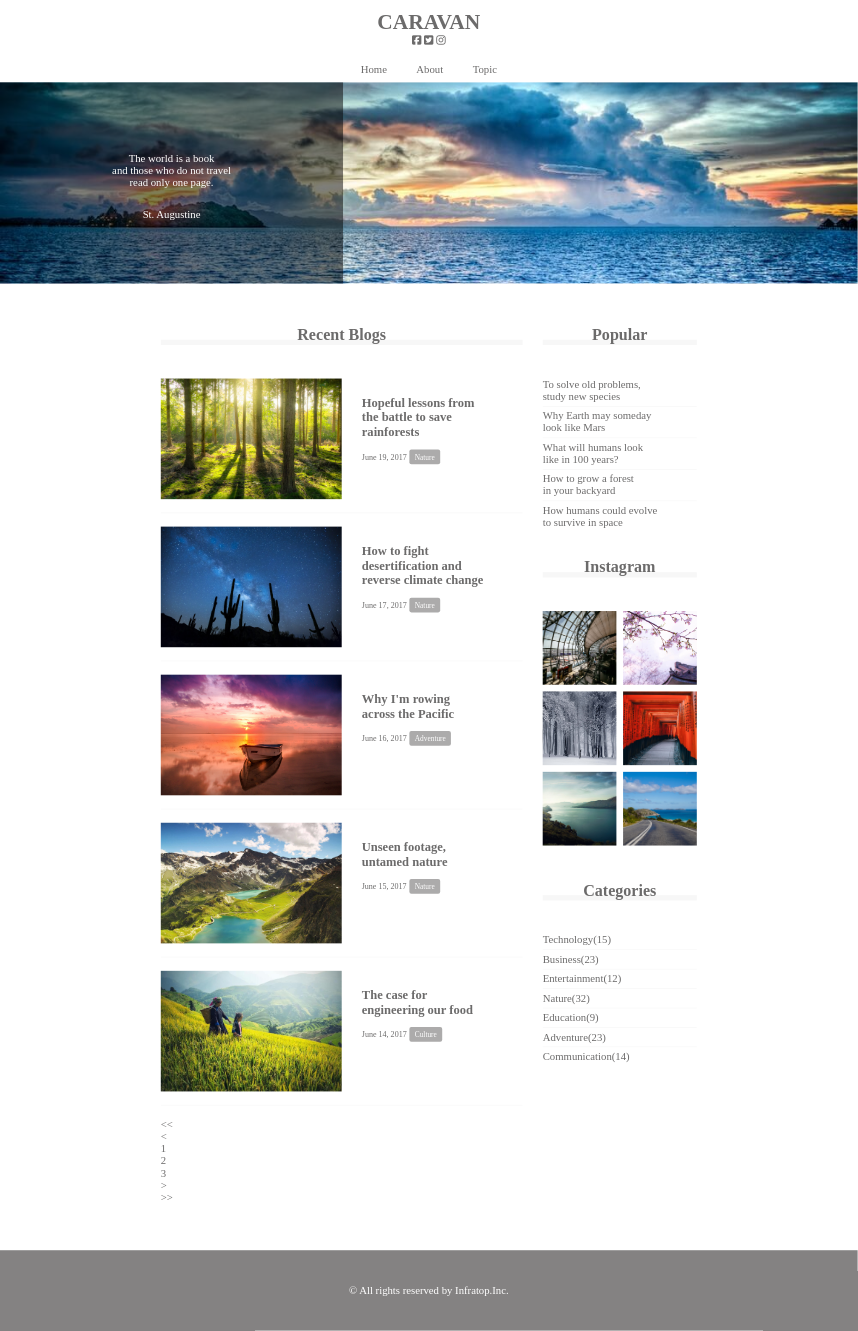
Repository: hayase-m/Webcamp
Page: caravan/index.html
The author's editor kept a record of every edit. The page is drawn from the files as they stood at one moment, then again after the next edit.
The browser window is 1280 px wide. The pictures show the whole page, at 67% of full size.
Some web libraries are served in a nearby version.

Above is the page before.

After the next edit:
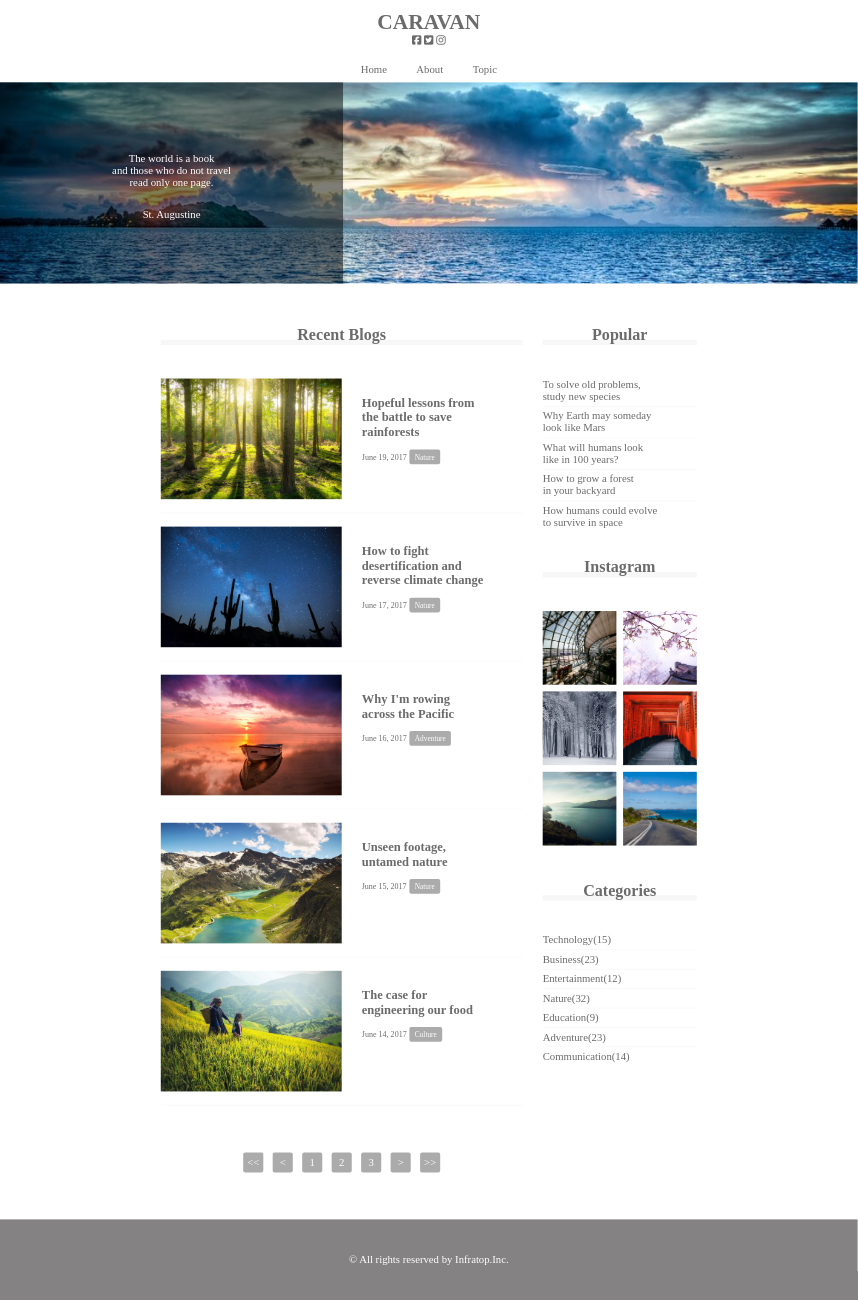
The edit:
--- a/caravan/style.css
+++ b/caravan/style.css
@@ -116,6 +116,22 @@
   font-size: 11px;
 }
 
+.pagination {
+  text-align: center;
+  padding-top: 50px;
+}
+
+.pagination p {
+  display: inline-block;
+  width: 30px;
+  height: 30px;
+  margin: 0 5px;
+  color: #fff;
+  background-color: #acabab;
+  border-radius: 3px;
+  line-height: 30px;
+}
+
 .sidebar {
   width: 230px;
 }
